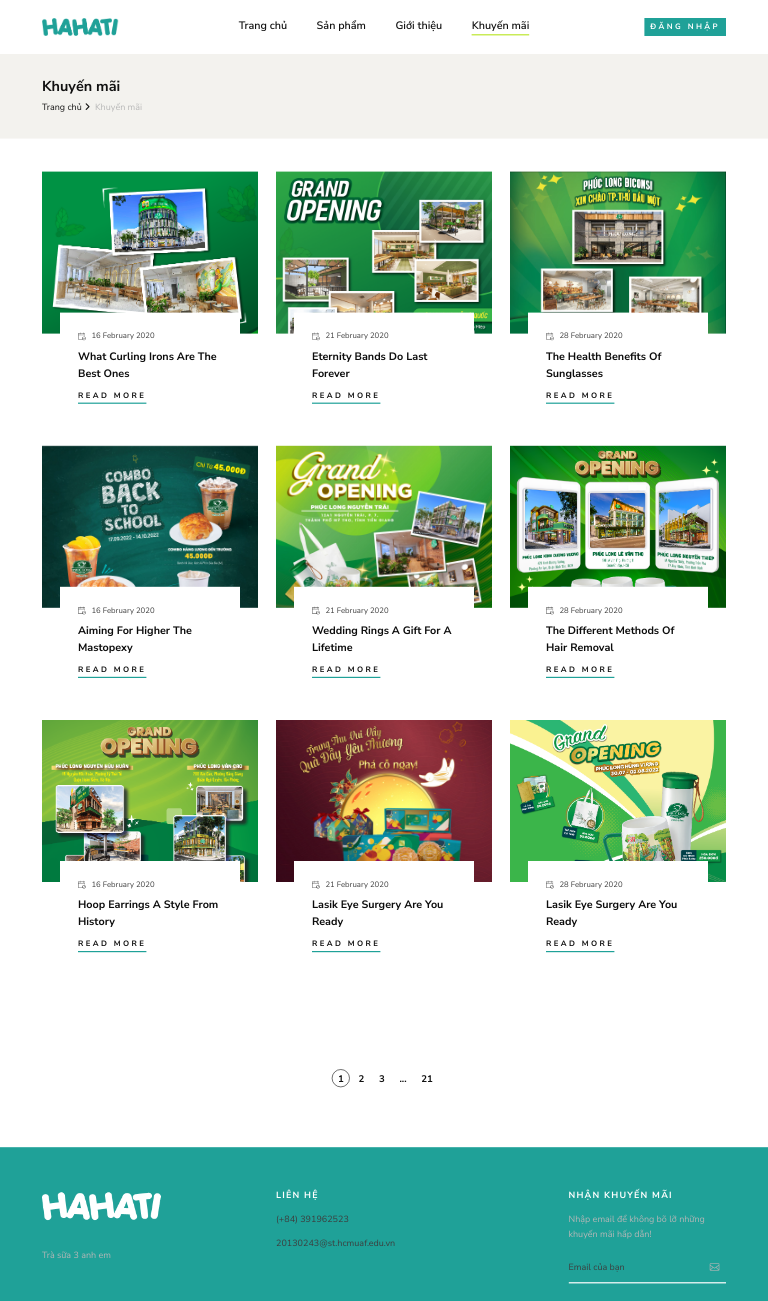
Repository: letrongtinh27/template
Page: blog.html
An editor plug-in stored every save of this project. The page is shown before and after the next save, followed by the edit.
The browser window is 1280 px wide. The pictures show the whole page, at 60% of full size.

Above is the page before, as saved 2022-10-25 19:14:52.

After the next save:
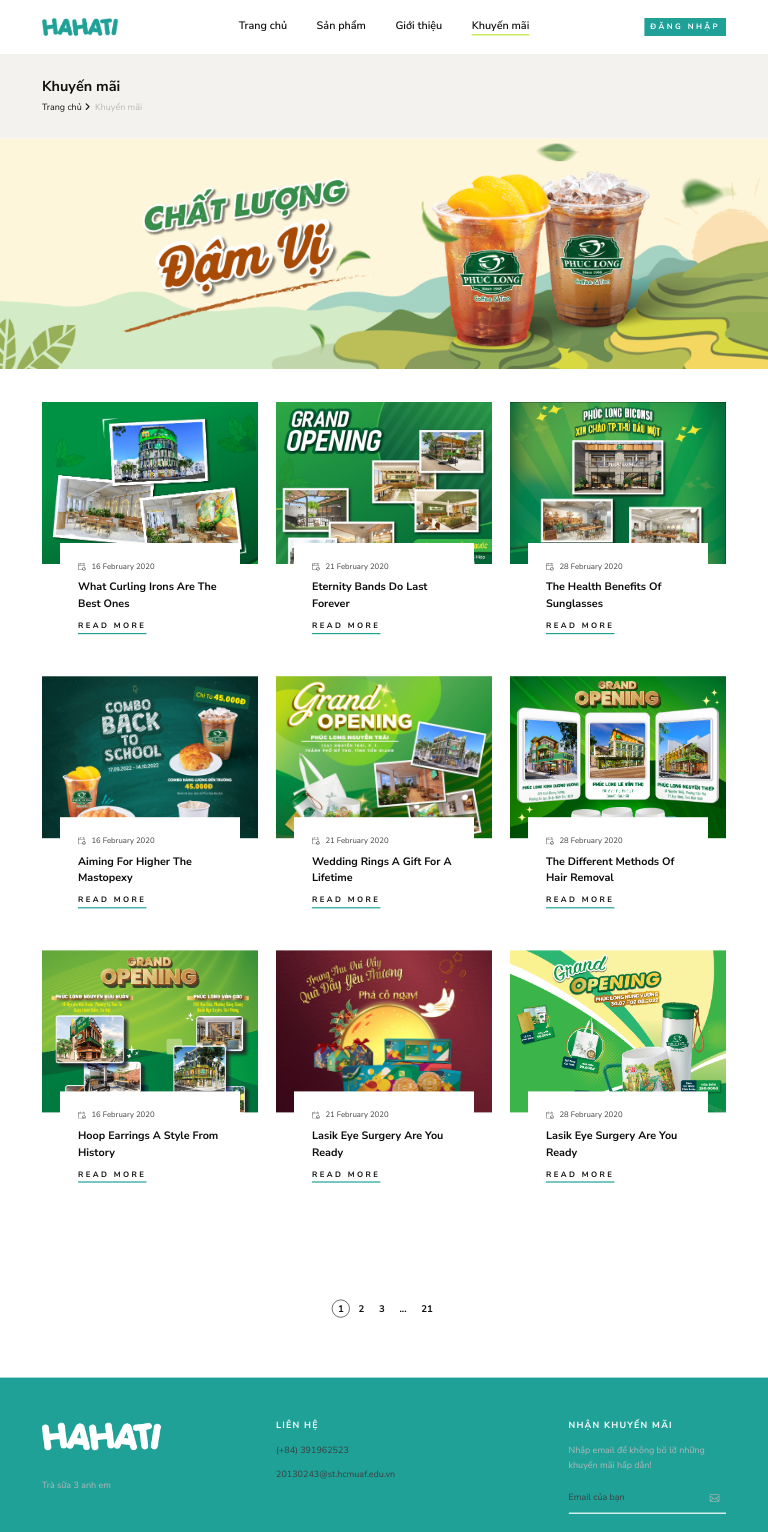
Saved 75 s later.
--- a/blog.html
+++ b/blog.html
@@ -117,7 +117,9 @@
       </div>
   </section> -->
     <!-- Breadcrumb Section End -->
-
+  <div class="thumbCover">
+    <img src="./img/banner-matcha.jpg" alt="">
+  </div>
     <!-- Shopping Cart Section Begin -->
     <section class="blog">
       <div class="container">
